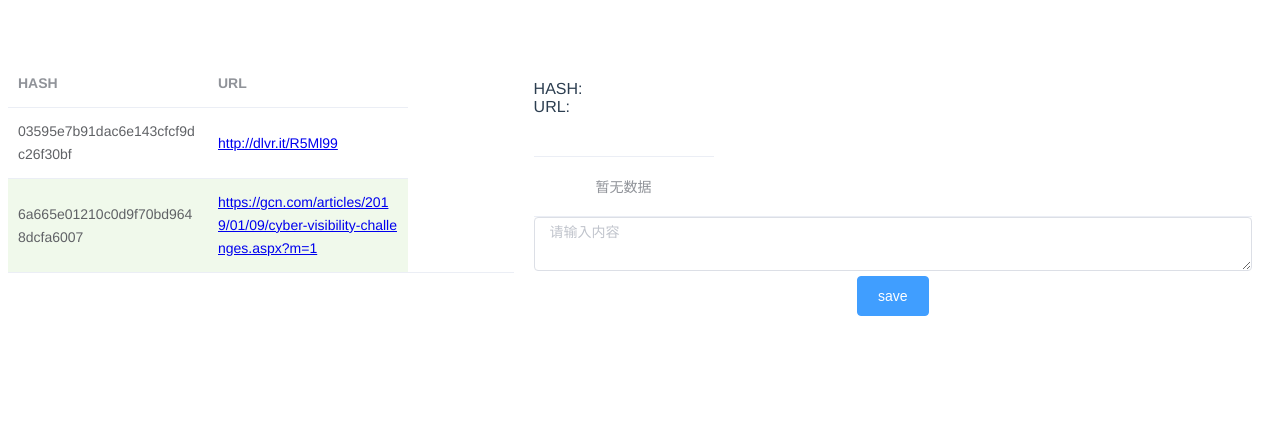
Repository: NicoleGX/TI
Page: /
An editor plug-in stored every save of this project. The page is shown before and after the next save, followed by the edit.
The browser window is 1280 px wide. The pictures show the whole page.
The project was rebuilt for these pictures with package versions that can differ from the ones it lists, and the page was loaded fresh each time.

Above is the page before, as saved 2019-05-28 20:06:09.

After the next save:
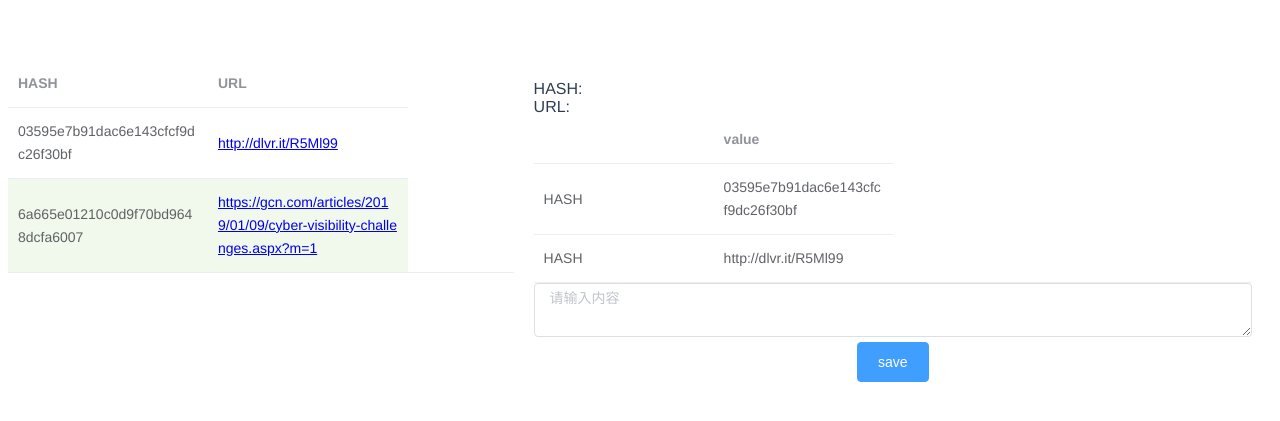
Saved 72 s later.
--- a/src/views/TextClassification.vue
+++ b/src/views/TextClassification.vue
@@ -34,6 +34,10 @@
         style="width: 100%">
         <el-table-column
           width="180">HASH</el-table-column>
+        <el-table-column
+          prop="value"
+          label="value"
+          width="180"></el-table-column>
       </el-table>
       <el-input
         type="textarea"
@@ -70,7 +74,12 @@ export default {
         url: 'https://gcn.com/articles/2019/01/09/cyber-visibility-challenges.aspx?m=1',
         edit: 1
       }],
-      textarea2: ''
+      textarea2: '',
+      formData: [{
+        value: '03595e7b91dac6e143cfcf9dc26f30bf'
+      },{
+        value: 'http://dlvr.it/R5Ml99'
+      }]
     }
   }
 }
